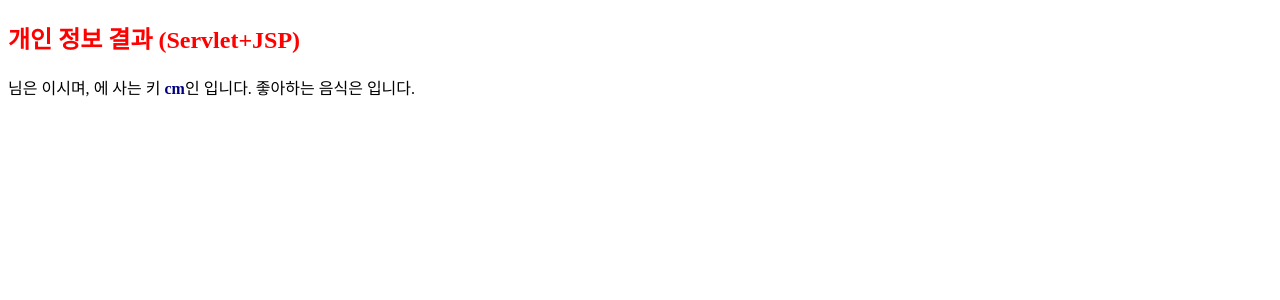
Repository: chuhj1226/servlet
Page: http://localhost/1_Servlet/test3
These files come from the project's save history. The page is drawn as it stood at one moment and after a run of saves; the edit follows.
The browser window is 1280 px wide. The pictures show the whole page.
The page is served by Tomcat 9.

Above is the page before, as saved 2021-10-05 07:41:00.

After the next 2 saves:
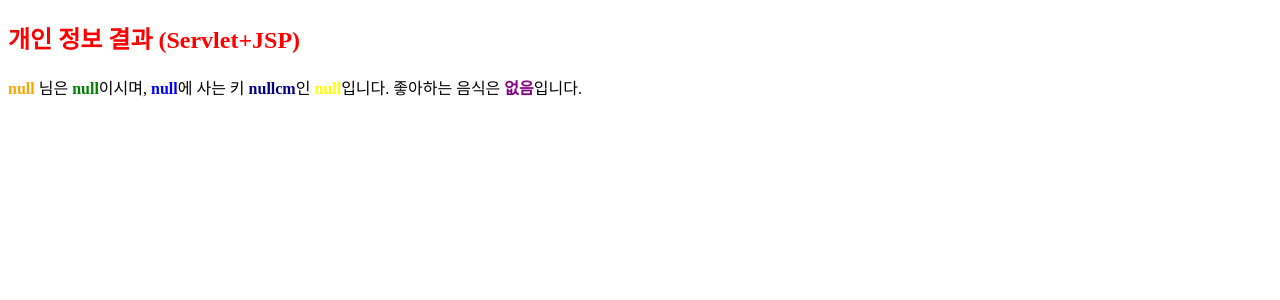
The 2 saves are shown as one change because they came seconds apart.
The last was saved 2 min 46 s later.
--- a/workspace/1_Servlet/WebContent/views/testServlet3End.jsp
+++ b/workspace/1_Servlet/WebContent/views/testServlet3End.jsp
@@ -44,20 +44,14 @@
 </style>
 </head>
 <body>
+
 	<h2>개인 정보 결과 (Servlet+JSP)</h2>
-	<span class='name'></span> 님은
-	<span class='age'></span>이시며,
-	<span class='city'></span>에 사는
-	키 <span class='height'>cm</span>인
-	<span class='gender'></span>입니다.
-	좋아하는 음식은 <span class='food'></span>입니다.
-
-
-
-
-
-
-
+	<span class='name'><%= name %></span> 님은
+	<span class='age'><%= age %></span>이시며,
+	<span class='city'><%= city %></span>에 사는
+	키 <span class='height'><%= height %>cm</span>인
+	<span class='gender'><%= gender %></span>입니다.
+	좋아하는 음식은 <span class='food'><%= foods %></span>입니다.
 
 </body>
 </html>
